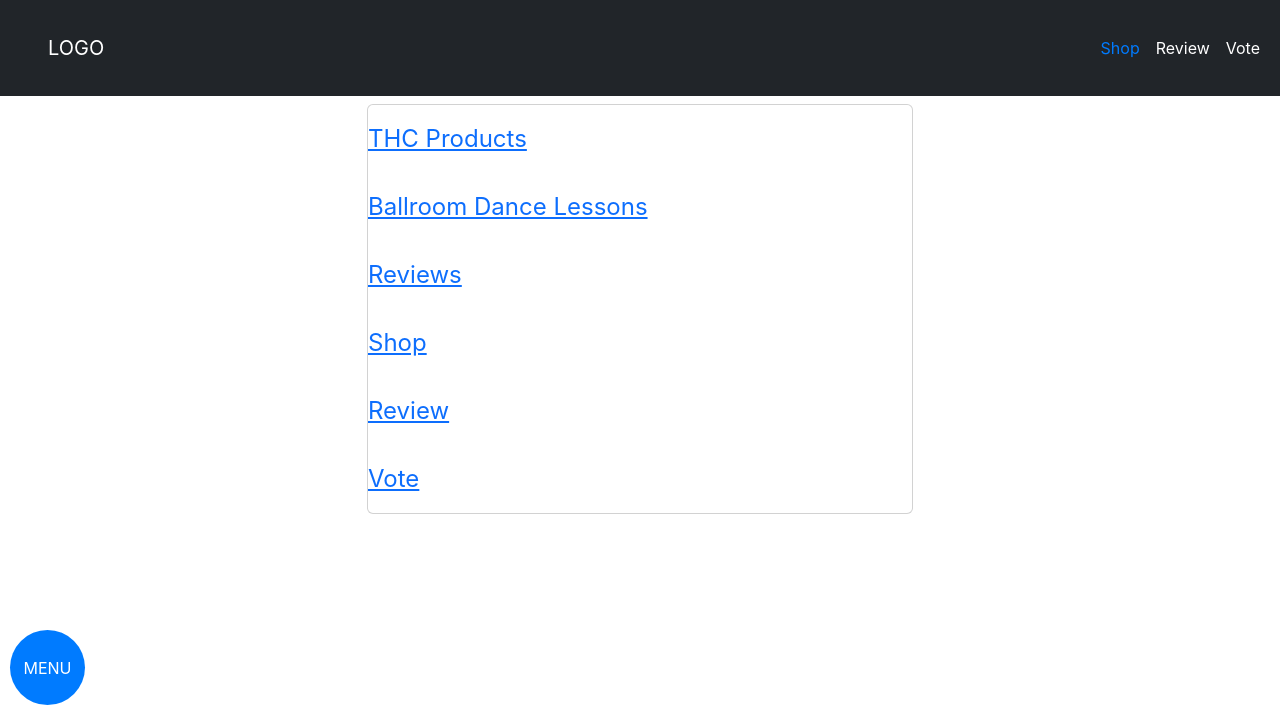
Repository: DragonFruit8/basic-website
Page: /shop
The author's editor kept a copy of each file at every save. The page is drawn from the files as they stood at one save, then again after a run of saves.
The browser window is 1280 px wide. The pictures show the whole page.
The project was rebuilt for these pictures with package versions that can differ from the ones it lists, and the page was loaded fresh each time. Also part of the build but not shown: src/sections/MissionSec.js, src/sections/AboutSec.js, src/sections/ServiceSec.js, src/Img/LunaLogo.js, src/sections/SupportSec.js, src/sections/HeroSec.js, src/pages/HomePage.js.

Above is the page before, as saved 2024-06-23 08:57:53.

### public/index.html
<!DOCTYPE html>
<html lang="en">
  <head>
    <meta charset="utf-8" />
    <link rel="icon" href="%PUBLIC_URL%/favicon.ico" />
    <meta name="viewport" content="width=device-width, initial-scale=1" />
    <meta name="theme-color" content="#000000" />
    <meta
      name="description"
      content="Web site created using create-react-app"
    />
    <link rel="apple-touch-icon" href="%PUBLIC_URL%/logo192.png" />
    <!--
      manifest.json provides metadata used when your web app is installed on a
      user's mobile device or desktop. See https://developers.google.com/web/fundamentals/web-app-manifest/
    -->
    <link rel="manifest" href="%PUBLIC_URL%/manifest.json" />
    <link href="https://cdn.jsdelivr.net/npm/bootstrap@5.3.3/dist/css/bootstrap.min.css" rel="stylesheet" integrity="sha384-QWTKZyjpPEjISv5WaRU9OFeRpok6YctnYmDr5pNlyT2bRjXh0JMhjY6hW+ALEwIH" crossorigin="anonymous">
    <!--
      Notice the use of %PUBLIC_URL% in the tags above.
      It will be replaced with the URL of the `public` folder during the build.
      Only files inside the `public` folder can be referenced from the HTML.

      Unlike "/favicon.ico" or "favicon.ico", "%PUBLIC_URL%/favicon.ico" will
      work correctly both with client-side routing and a non-root public URL.
      Learn how to configure a non-root public URL by running `npm run build`.
    -->
    <title>React App</title>
  </head>
  <body>
    <noscript>You need to enable JavaScript to run this app.</noscript>
    <div id="root"></div>
    <!--
      This HTML file is a template.
      If you open it directly in the browser, you will see an empty page.

      You can add webfonts, meta tags, or analytics to this file.
      The build step will place the bundled scripts into the <body> tag.

      To begin the development, run `npm start` or `yarn start`.
      To create a production bundle, use `npm run build` or `yarn build`.
    -->
    <script src="https://cdn.jsdelivr.net/npm/@popperjs/core@2.11.8/dist/umd/popper.min.js" integrity="sha384-I7E8VVD/ismYTF4hNIPjVp/Zjvgyol6VFvRkX/vR+Vc4jQkC+hVqc2pM8ODewa9r" crossorigin="anonymous"></script>
<script src="https://cdn.jsdelivr.net/npm/bootstrap@5.3.3/dist/js/bootstrap.min.js" integrity="sha384-0pUGZvbkm6XF6gxjEnlmuGrJXVbNuzT9qBBavbLwCsOGabYfZo0T0to5eqruptLy" crossorigin="anonymous"></script>
  </body>
</html>

### src/App.js
import React from 'react';
import { BrowserRouter as Router, Routes, Route } from 'react-router-dom';
import './App.css';
import Navbar from './components/Navbar';
import Sidebar from './components/Sidebar';
import HomePage from './pages/HomePage';
import ShopPage from './pages/ShopPage';

function App() {

  return (
    <>
      <Router>
        <Navbar />
        <Sidebar />
        <Routes>
          <Route path="/" element={<HomePage />} />
          <Route path="/shop" element={<ShopPage />} />
        </Routes>
   </Router>
    </>
  );
}

export default App;

### src/App.css
.App {
  text-align: center;
  z-index: -10;
}

.App-logo {
  height: 40vmin;
  pointer-events: none;
  z-index: 0;
}

@media (prefers-reduced-motion: no-preference) {
  .App-logo {
    animation: App-logo-spin infinite 20s linear;
  }
}

.App-header {
  background-color: #282c34;
  min-height: 100vh;
  display: flex;
  flex-direction: column;
  align-items: center;
  justify-content: center;
  font-size: calc(10px + 2vmin);
  color: white;
}

.App-link {
  color: #61dafb;
}
#sidebar {
  display: flex;
  flex-direction: column;
  background-color: transparent !important;
  height: 100%;
  width: 100px;
  position: fixed;
  top: 55px;
  left: 0;
  z-index: 1;
  overflow-x: hidden;
  padding-top: 20px;
  z-index: 10;
  /* rounded corners*/
  border-radius: 100px;

}

#offcanvasNavbar{
  position: fixed;
  margin-top: 55px;
}

#sidebarButton {
  position: absolute;
  bottom: 100px;
  left: 0px;
  width: 75px;
  height: 75px;
  border: none;
  color: white;
  padding: 10px 10px;
  text-align: center;
  text-decoration: none;
  display: inline-block;
  font-size: 16px;
  margin: auto auto -30px 10px;
  cursor: pointer;
  z-index: 100;
  border-radius: 100%;
  background-color: #007bff;
}

#closeButton, .btn-close {
  color: white !important;
  margin-left: 15px;
}
#aboutSec {
  height: 75vh;
}
.offcanvas-body {
 padding: 0 100px 0 100px;
}
#luna {
  position: relative;
  background-size: cover;
  background-repeat: no-repeat;
  background-position: center;
  height: auto;
  width: 250px;
  margin: 0 auto;
}

/* HomePage Hero */
.hero {
  height: 100vh;
  width: 100%;
  display: flex;
  align-items: center;
  color: white !important;
  text-align: center;
  font-size: 2rem;
  font-weight: 700;
  background: url('https://unsplash.com/photos/photo-of-outer-space-Q1p7bh3SHj8');
  background-size: cover;
  background-repeat: no-repeat;
  background-position: center;
  background-color: rgba(0, 0, 0, 0.8);

}
.hero-content
.dropdown-item {
  width: 100%;
  margin: 0 auto;
  color: white;
  background-color: #007bff;
}
.dropdown-item:hover {
  background-color: #0056b3;
  color: white;
}


a.nav-link, a.nav-item {
  color: white !important;
}
a.nav-link, a.nav-item {
 padding: 20px 0 20px 0;
}

a.nav-link:hover, a.nav-item:hover {
  color: #ffd000 !important;
}
a.active {
  color: #007bff !important;
}

@keyframes App-logo-spin {
  from {
    transform: rotate(0deg);
  }
  to {
    transform: rotate(360deg);
  }
}

### src/components/Navbar.js
import React from 'react';
import data from '../../src/data';
// import axio from '../Instance';
// import Button from 'react-bootstrap/Button';
// import Modal from 'react-bootstrap/Modal';


const Navbar = () => {

    // const [email, setEmail] = useState('');
    // const [comment, setComment] = useState('');
    // const [show, setShow] = useState(false);

    // const handleClose = () => setShow(false);
    // const handleShow = () => setShow(true);

    // const clearForm = () => {
    //     setEmail('');
    //     setComment('');
    // };



    // const handleSubmit = (event) => {
    //     event.preventDefault();

    //     axio.post('/comments', {
    //         email,
    //         comment
    //     })
    //         .then(() => {
    //             console.log('Review submitted');
    //         })
    //         .catch((error) => {
    //             console.log(error);
    //         });
    //     clearForm();
    // };

    const path = window.location.pathname;
    return (
        <>
            {/* navbar navbar-expand-lg bg-body-tertiary navbar-dark bg-dark */}
            <nav className="navbar navbar-dark navbar-expand-lg bg-dark fixed-top">
                <div className="container-fluid ps-5">
                    <a className="navbar-brand" href="/">LOGO</a>
                    <button className="navbar-toggler" type="button" data-bs-toggle="collapse" data-bs-target="#navbarNav" aria-controls="navbarNav" aria-expanded="false" aria-label="Toggle navigation">
                        <span className="navbar-toggler-icon"></span>
                    </button>
                    <div className="collapse navbar-collapse" id="navbarNav">
                        <ul className="navbar-nav my-2 ms-auto me-0">
                            <li className="nav-item">
                                <a className={`nav-link ${path === `/${data.link1.b}` ? 'active' : ''}`} aria-current="page" href={`/${data.link1.b}`}>{data.link1.a}</a>
                            </li>
                            <li className="nav-item">
                                <a className={`nav-link ${path === `/${data.link2.b}` ? 'active' : ''}`} aria-current="page" href={`/${data.link2.b}`}>{data.link2.a}</a>
                            </li>
                            <li className="nav-item">
                                <a className={`nav-link ${path === `/${data.link3.b}` ? 'active' : ''}`} aria-current="page" href={`/${data.link3.b}`}>{data.link3.a}</a>
                            </li>
                        </ul>
                        {/* <span id='reviewModal' className="d-flex">
                                <Button variant="primary" onClick={handleShow}>Write a Review</Button>
                            </span> */}
                    </div>
                </div>
            </nav>
            {/* <Modal show={show} onHide={handleClose}>
                <Modal.Header closeButton>
                    <Modal.Title>Modal heading</Modal.Title>
                </Modal.Header>
                <Modal.Body>
                    <div
                        className="modal show"
                        style={{ display: 'block', position: 'initial' }}
                    >
                        <form // onSubmit={handleSubmit}
                        >
                            <div className="form-group">
                                <label htmlFor="email"
                                    className='form-label fs-5'
                                >Email</label>
                                <input
                                    type="email"
                                    id="email"
                                    value={email}
                                    onChange={(event) => setEmail(event.target.value)}
                                    required
                                    className='form-control'
                                />
                            </div>
                            <div className="form-group">
                                <label htmlFor="comment"
                                    className='form-label fs-5'
                                >Comment</label>
                                <textarea
                                    id="comment"
                                    value={comment}
                                    onChange={(event) => setComment(event.target.value)}
                                    required
                                    className='form-control'
                                />
                            </div>
                            <Button type="submit">Submit</Button>
                        </form>
                    </div>
                </Modal.Body>
                <Modal.Footer>
                    <Button variant="secondary" onClick={handleClose}>
                        Close
                    </Button>
                </Modal.Footer>
            </Modal> */}
        </>
    );
}

export default Navbar;

### src/components/Sidebar.js
import React from 'react'

export const canvasButton = () => {
    return (
        <button id='sidebarButton' className="btn btn-primary" type="button" data-bs-toggle="offcanvas" data-bs-target="#offcanvasNavbar" aria-controls="offcanvasNavbar">
        MENU
        </button>
    )
    }
export default function Sidebar() {

    return (
        <div>
            <sidebar id="sidebar" className="navbar bg-body-tertiary fixed-top">
                <div className="container-fluid">
                    <div className="offcanvas offcanvas-start bg-dark" tabindex="-1" id="offcanvasNavbar" aria-labelledby="offcanvasNavbarLabel">

                        <div className="offcanvas-body">
                            <ul className="navbar-nav justify-content-end flex-grow-1 pe-3">
                                <li className="nav-item">
                                    <a className="nav-link active" aria-current="page" href="/">Home</a>
                                </li>
                                <li className="nav-item">
                                    <a className="nav-link" href="/">Link</a>
                                </li>
                                <li className="nav-item dropdown">
                                    <a className="nav-link dropdown-toggle" href="/" role="button" data-bs-toggle="dropdown" aria-expanded="false">
                                        Dropdown
                                    </a>
                                    <ul className="dropdown-menu">
                                        <li><a className="dropdown-item" href="/">Action</a></li>
                                        <li><a className="dropdown-item" href="/">Another action</a></li>
                                        <li>
                                            <hr className="dropdown-divider" />
                                        </li>
                                        <li><a className="dropdown-item" href="/">Something else here</a></li>
                                    </ul>
                                </li>
                            </ul>
                            {/* <form className="d-flex mt-3" role="search">
                                <input className="form-control me-2" type="search" placeholder="Search" aria-label="Search" />
                                <button className="btn btn-outline-success" type="submit">Search</button>
                            </form> */}
                        </div>
                    <div className="offcanvas-footer d-flex justify-content-start mb-5 ms-3">
                        {/* <h5 className="offcanvas-title" id="offcanvasNavbarLabel"></h5> */}
                        <button id='close' type="button" className="btn-close" data-bs-dismiss="offcanvas" aria-label="Close"></button>
                    </div>
                    </div>
                </div>
                {
                    canvasButton()
                }
            </sidebar>


        </div>
    )
}

### src/pages/ShopPage.js
import React from 'react';
import data from '../../src/data';

const ShopPage = () => {
    return (
        <div className='mt-5 relative'>
            <h1>Shop Page</h1>
            <div className="container">
                <div className="row justify-content-center">
                    <div className="col-lg-6">
                                    <ul className='card list-unstyled'>
                        {
                            Object.keys(data).map((key, index) => {
                                return (
                                        <li key={index} className='list-unstyled mt-3 mb-3' style={{ fontSize: '1.5rem' }}>
                                            <a href={`/${data[key].b}`}>{data[key].a}</a>
                                        </li>
                                );
                            })
                        }
                        </ul>
                    </div>
                </div>
            </div>
        </div>
    );
};

export default ShopPage;

### src/data.js
const data = {
    thcProductsLink: { a: 'THC Products', b: 'thc-products' },
    ballroomDanceLessonsLink: { a: 'Ballroom Dance Lessons', b: 'ballroom-dance-lessons' },
    reviewsLink: { a: 'Reviews', b: 'reviews' },
    link1: { a: 'Shop', b: 'shop' },
    link2: { a: 'Review', b: 'review' },
    link3: { a: 'Vote', b: 'vote' }
};

export default data;

Loaded but not shown: src/index.js (common file); src/index.css (common file); src/reportWebVitals.js (common file)

After the next 5 saves:
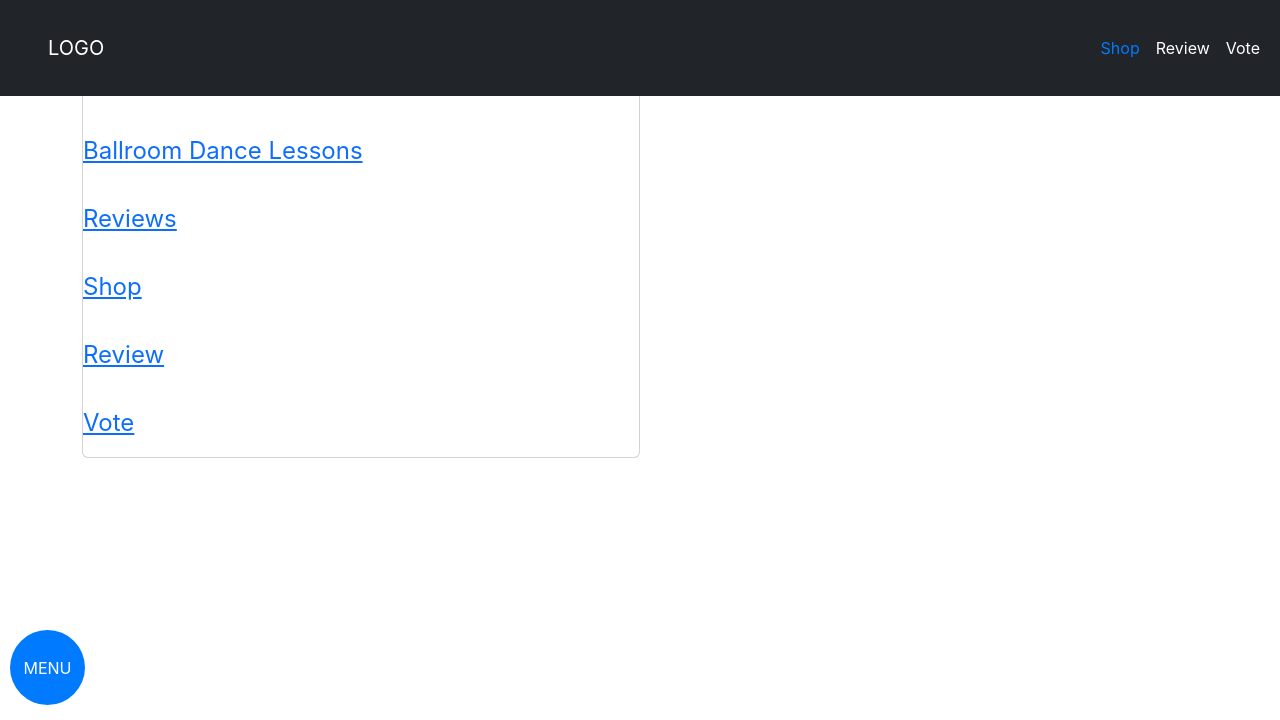
The 5 saves are shown as one change because 1 did not build or start and some came seconds apart.
The last was saved 33 s later.
--- a/src/pages/ShopPage.js
+++ b/src/pages/ShopPage.js
@@ -4,24 +4,22 @@
 const ShopPage = () => {
     return (
         <div className='mt-5 relative'>
-            <h1>Shop Page</h1>
             <div className="container">
-                <div className="row justify-content-center">
+                <div className="row justify-content-center"></div>
                     <div className="col-lg-6">
-                                    <ul className='card list-unstyled'>
-                        {
-                            Object.keys(data).map((key, index) => {
-                                return (
+                        <ul className='card list-unstyled'>
+                            {
+                                Object.keys(data).map((key, index) => {
+                                    return (
                                         <li key={index} className='list-unstyled mt-3 mb-3' style={{ fontSize: '1.5rem' }}>
                                             <a href={`/${data[key].b}`}>{data[key].a}</a>
                                         </li>
-                                );
-                            })
-                        }
+                                    );
+                                })
+                            }
                         </ul>
                     </div>
                 </div>
-            </div>
         </div>
     );
 };
